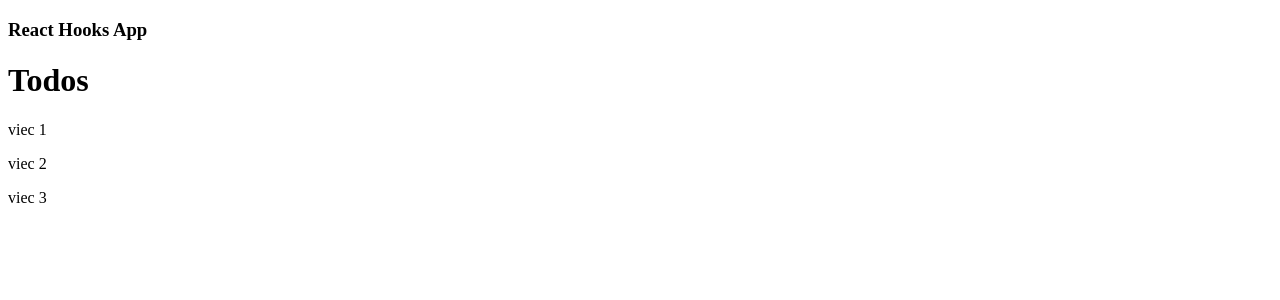
Repository: huynhnt1406/react-redux-tutorial
Page: / (app in react-hooks/)
These files come from the project's save history. The page is drawn as it stood at one moment and after the next save; the edit follows.
The browser window is 1280 px wide. The pictures show the whole page.
The project was rebuilt for these pictures with package versions that can differ from the ones it lists, and the page was loaded fresh each time.

Above is the page before, as saved 2021-06-18 19:22:45.

### react-hooks/src/App.js
import Todos from "./components/Todos";


function App() {
  return (
    <div className="App">
      <h3>React Hooks App</h3>
      <Todos/>
    </div>
  );
}

export default App;

### react-hooks/src/components/Todos.jsx
import React ,{useState}from 'react'

function Todos() {

    const [todos, setTodos] = useState([
        {
            id:1,
            title:'viec 1',
            completed:false
        },
        {
            id:2,
            title:'viec 2',
            completed:false
        },
        {
            id:3,
            title:'viec 3',
            completed:false
        },
    ])

    return (
        <div>
            <h1>Todos</h1>
            {
                todos.map(todo => (
                    <p key={todo.id}>{todo.title}</p>
                ))
            }
        </div>
    )
}

export default Todos

### react-hooks/src/components/TodoItem.jsx
import React from 'react'

function TodoItem() {
    return (
        <div>
            <p>hello</p>
        </div>
    )
}

export default TodoItem

Loaded but not shown: react-hooks/public/index.html (common file); react-hooks/src/index.js (common file); react-hooks/src/reportWebVitals.js (common file)

After the next save:
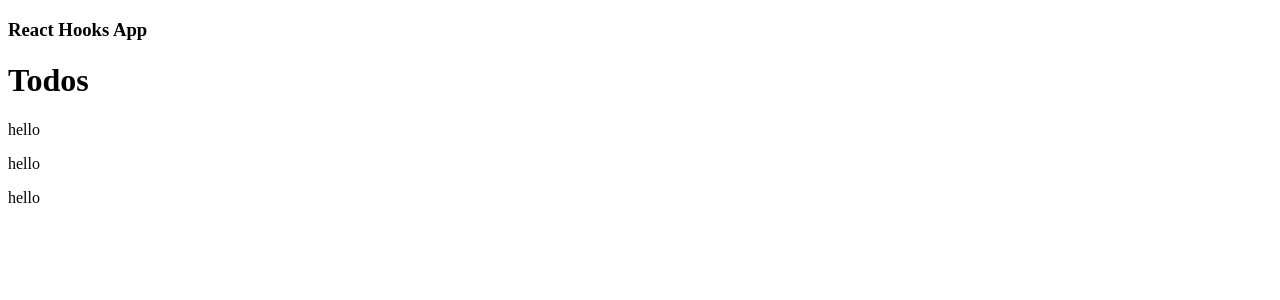
Saved 10 s later.
--- a/react-hooks/src/components/Todos.jsx
+++ b/react-hooks/src/components/Todos.jsx
@@ -1,4 +1,5 @@
 import React ,{useState}from 'react'
+import TodoItem from './TodoItem'
 
 function Todos() {
 
@@ -25,7 +26,7 @@
             <h1>Todos</h1>
             {
                 todos.map(todo => (
-                    <p key={todo.id}>{todo.title}</p>
+                    <TodoItem/>
                 ))
             }
         </div>

After the 3 saves that followed:
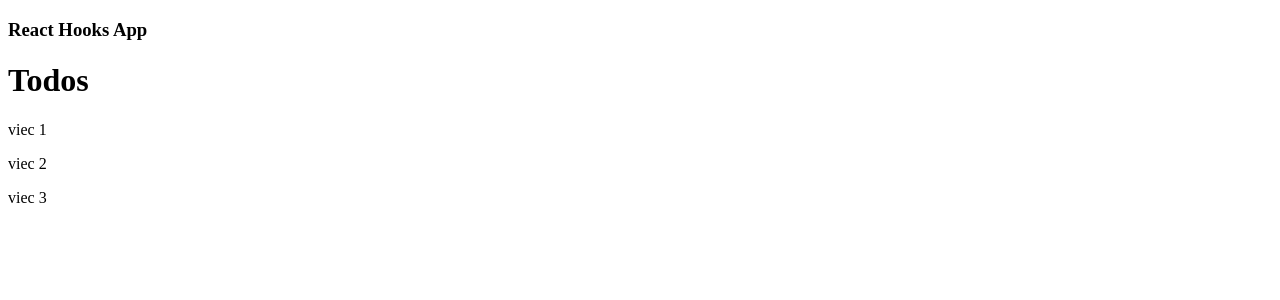
The 3 saves are shown as one change because 2 left the picture as it was.
The last was saved 55 s later.
--- a/react-hooks/src/components/Todos.jsx
+++ b/react-hooks/src/components/Todos.jsx
@@ -26,7 +26,7 @@
             <h1>Todos</h1>
             {
                 todos.map(todo => (
-                    <TodoItem/>
+                    <TodoItem key={todo.id} id={todo.id} title={todo.title}/>
                 ))
             }
         </div>
--- a/react-hooks/src/components/TodoItem.jsx
+++ b/react-hooks/src/components/TodoItem.jsx
@@ -1,9 +1,9 @@
 import React from 'react'
 
-function TodoItem() {
+function TodoItem({id,title}) {
     return (
         <div>
-            <p>hello</p>
+            <p>{title}</p>
         </div>
     )
 }
